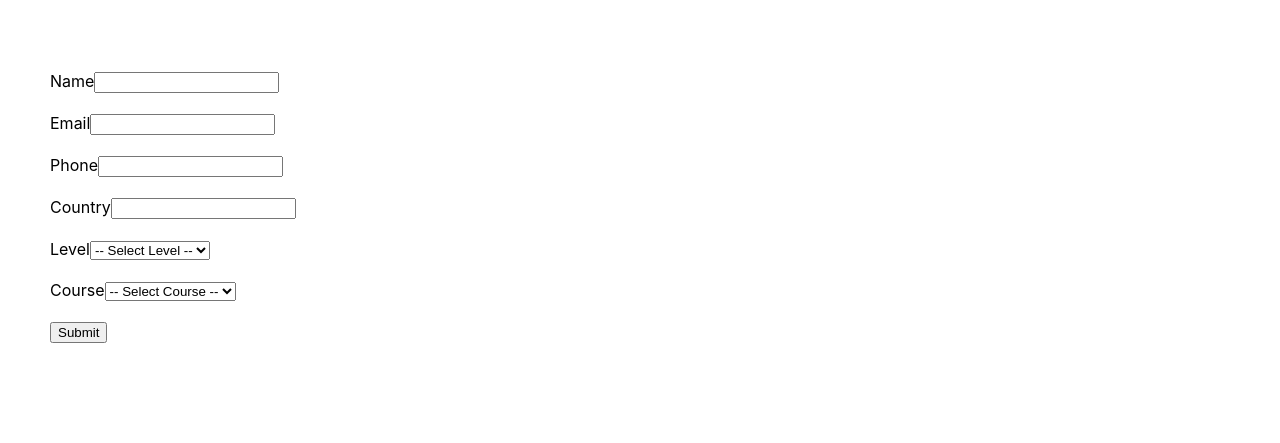
Repository: talha-mahmood/form_react
Page: /
The author's editor kept a copy of each file at every save. The page is drawn from the files as they stood at one save, then again after the next save.
The browser window is 1280 px wide. The pictures show the whole page.
The project was rebuilt for these pictures with package versions that can differ from the ones it lists, and the page was loaded fresh each time.

Above is the page before, as saved 2023-03-13 16:05:09.

After the next save:
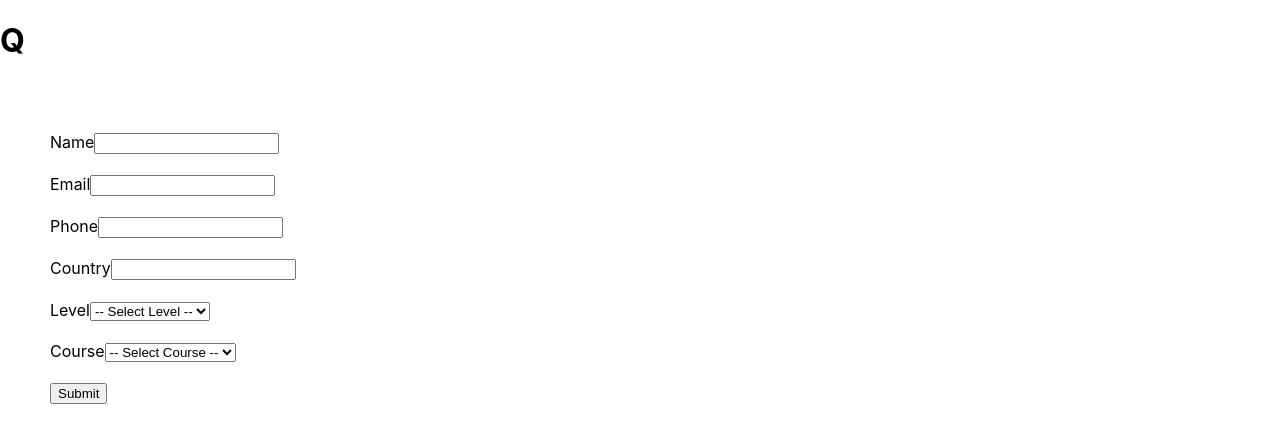
Saved 8 s later.
--- a/src/App.js
+++ b/src/App.js
@@ -16,7 +16,7 @@ const App=()=>{
 
   return (
     <div>
-      <h1></h1>
+      <h1>Q</h1>
     <form onSubmit={handleSubmit}>
       <div>
         <label htmlFor="name">Name</label>
